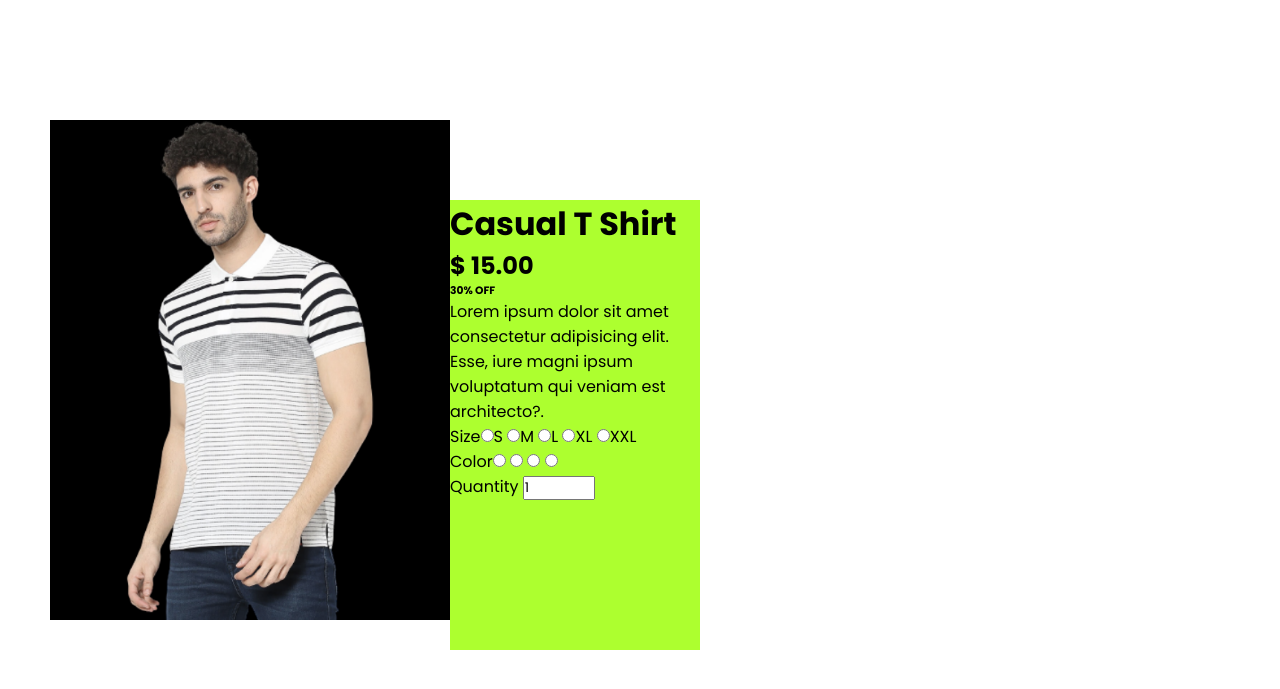
Repository: Ankitkr2021/Product-Page
Page: index.html
An editor plug-in stored every save of this project. The page is shown before and after the next save, followed by the edit.
The browser window is 1280 px wide. The pictures show the whole page.

Above is the page before, as saved 2025-10-24 10:20:01.

After the next save:
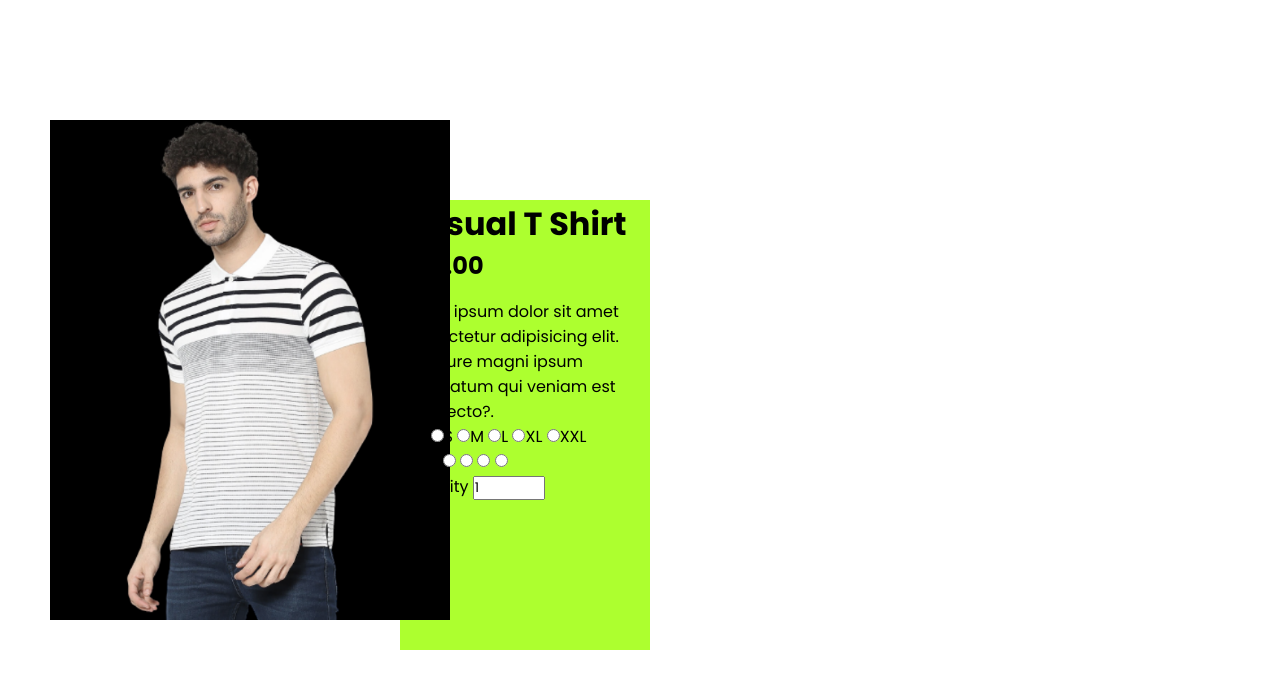
Saved 9 s later.
--- a/style.css
+++ b/style.css
@@ -23,7 +23,7 @@
 .right{
     height: 450px;
     width: 250px;
-    margin-left: 450px;
+    margin-left: 400px;
     background: greenyellow;
 
 }

After the save that followed:
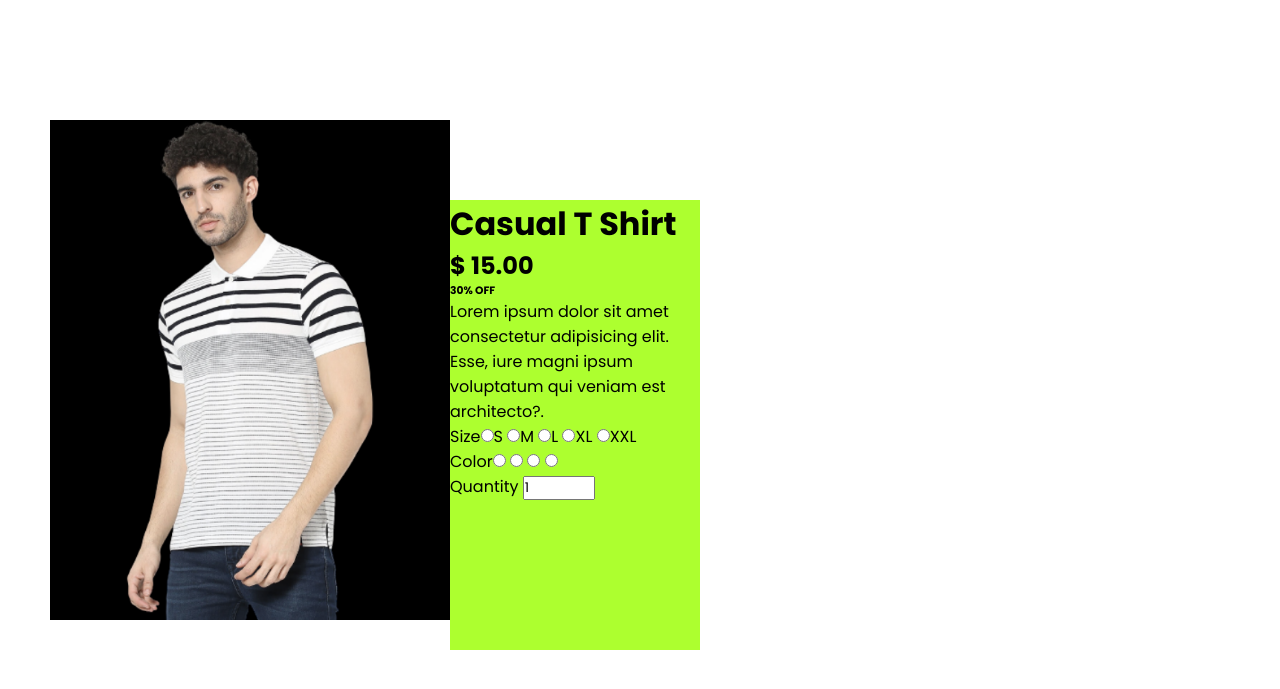
Saved 7 s later.
--- a/style.css
+++ b/style.css
@@ -23,7 +23,7 @@
 .right{
     height: 450px;
     width: 250px;
-    margin-left: 400px;
+    margin-left: 450px;
     background: greenyellow;
 
 }
